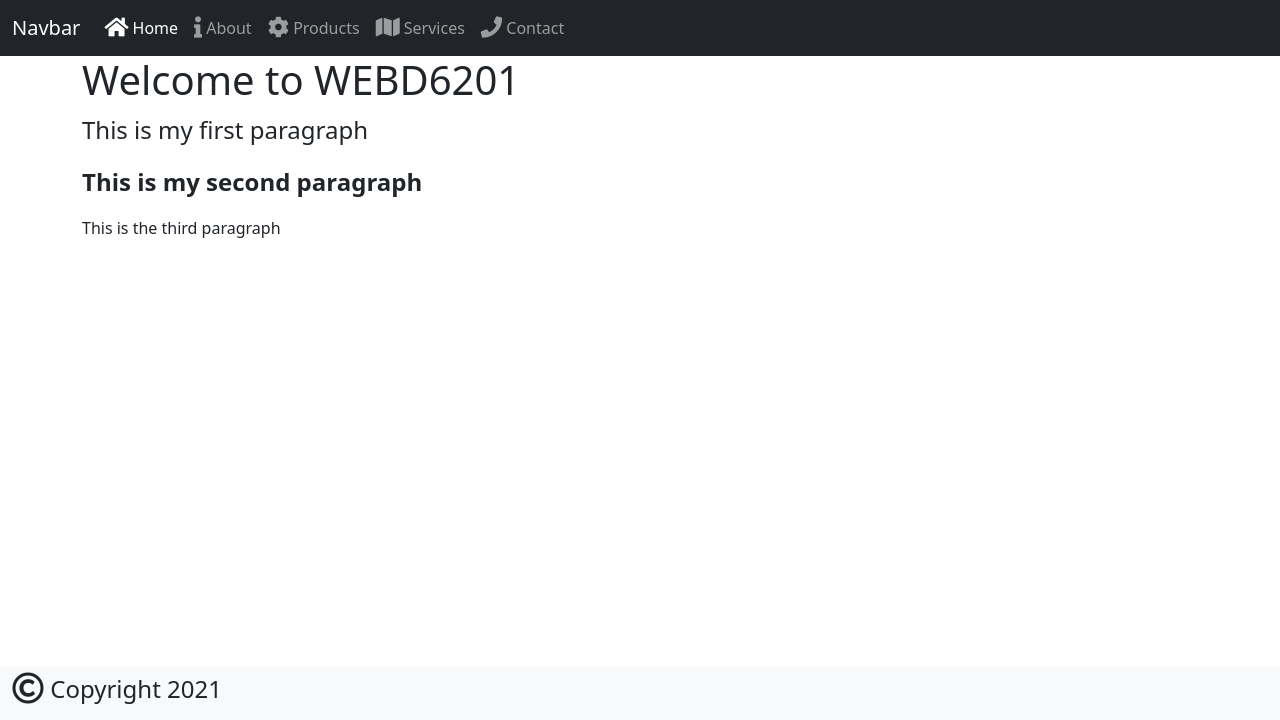
Repository: evanpalmer002/WEBD6201-ICE4
Page: index.html
The author's editor kept a copy of each file at every save. The page is drawn from the files as they stood at one save, then again after the next save.
The browser window is 1280 px wide. The pictures show the whole page.

Above is the page before, as saved 2021-01-20 15:35:12.

After the next save:
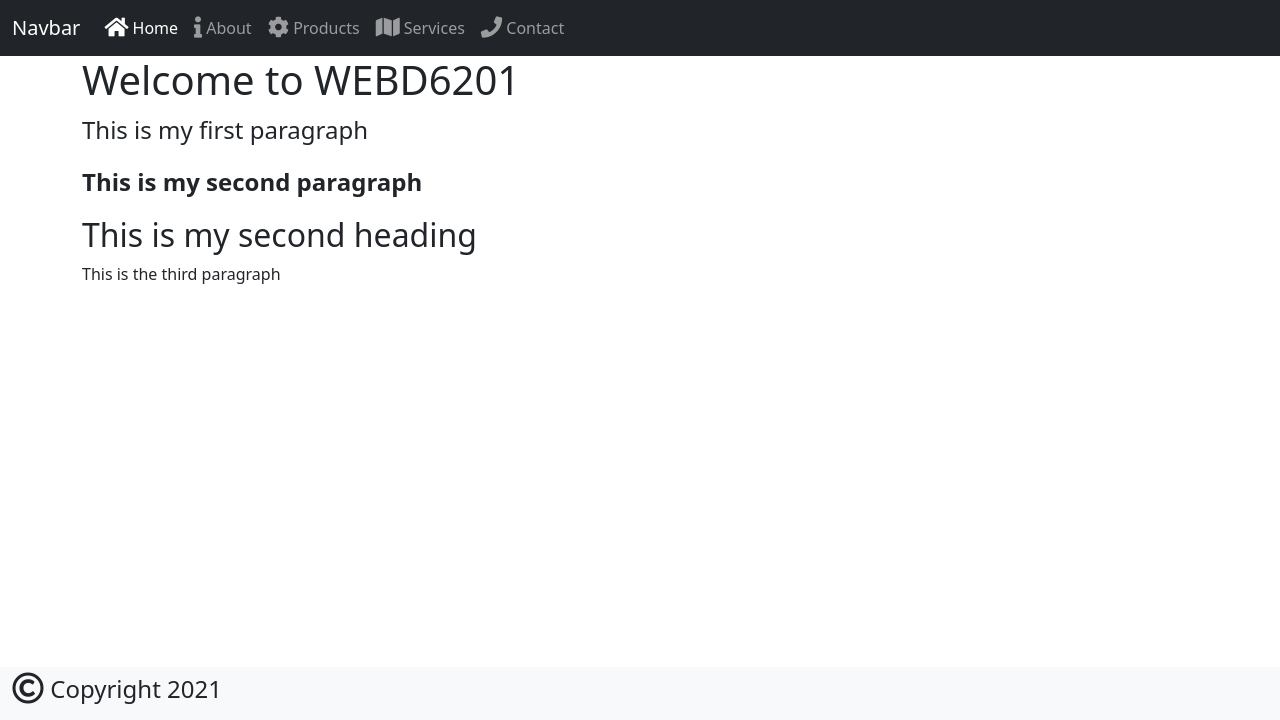
Saved 86 s later.
--- a/Scripts/app.js
+++ b/Scripts/app.js
@@ -27,7 +27,9 @@
         mainContent.appendChild(paragraphTwo);
 
         let newDivTag = document.createElement("div");
-        newDivTag.innerHTML = `<p #id = paragraphThree> This is the third paragraph </p>`;
+        newDivTag.innerHTML =
+        `<h2>This is my second heading</h2>
+        <p #id = paragraphThree> This is the third paragraph </p>`;
 
 
         mainContent.append(newDivTag);
